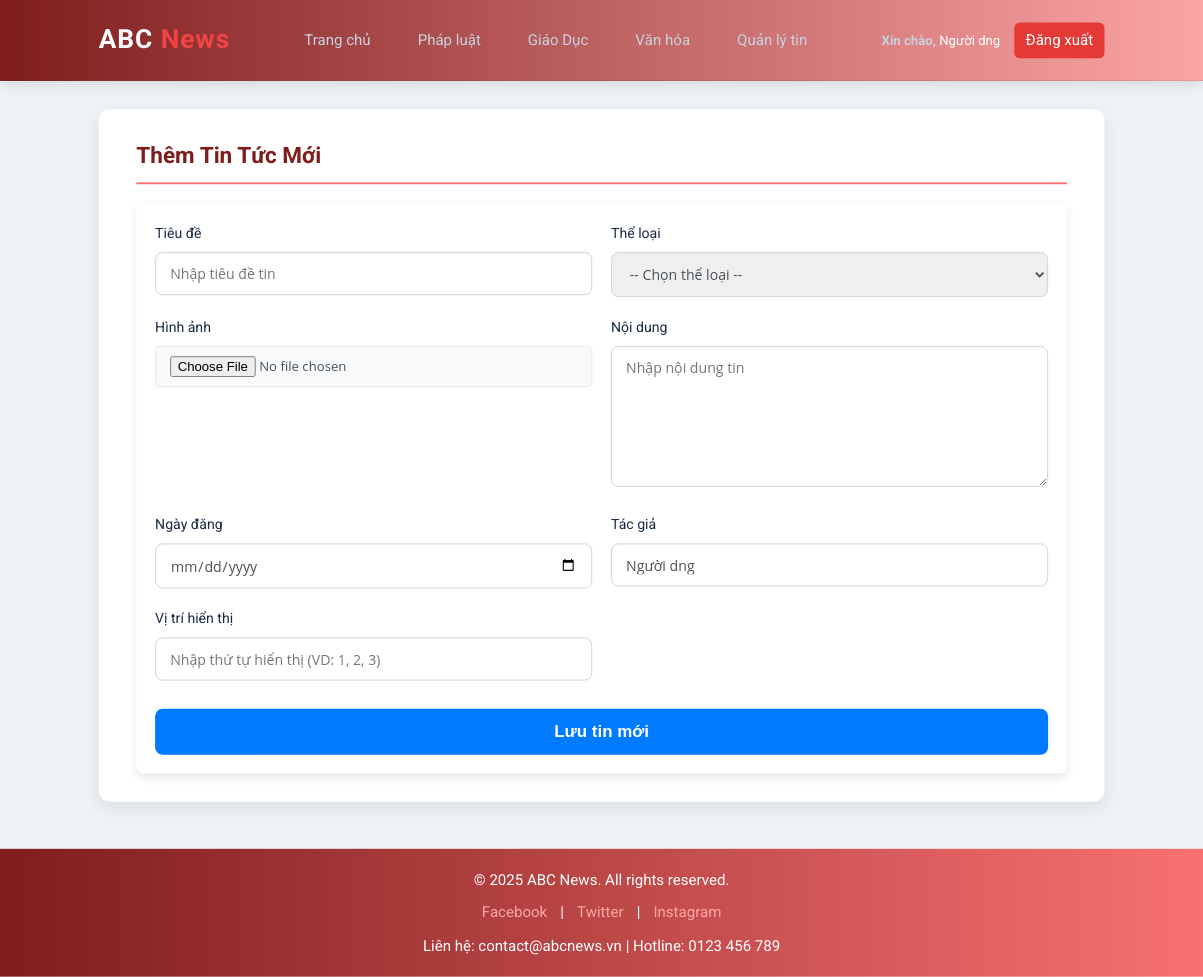
Repository: quylntpy00252-eng/Assignment
Page: http://localhost/Assignment/admin/edit_news.jsp
An editor plug-in stored every save of this project. The page is shown before and after the next save, followed by the edit.
The browser window is 1280 px wide. The pictures show the whole page, at 94% of full size.
The page is served by Tomcat 10. Nobody is signed in. The application's start-up code is not run. The template is opened directly, without the code that normally fills it, so the values that code supplies are empty.

Above is the page before, as saved 2025-10-24 01:54:00.

After the next save:
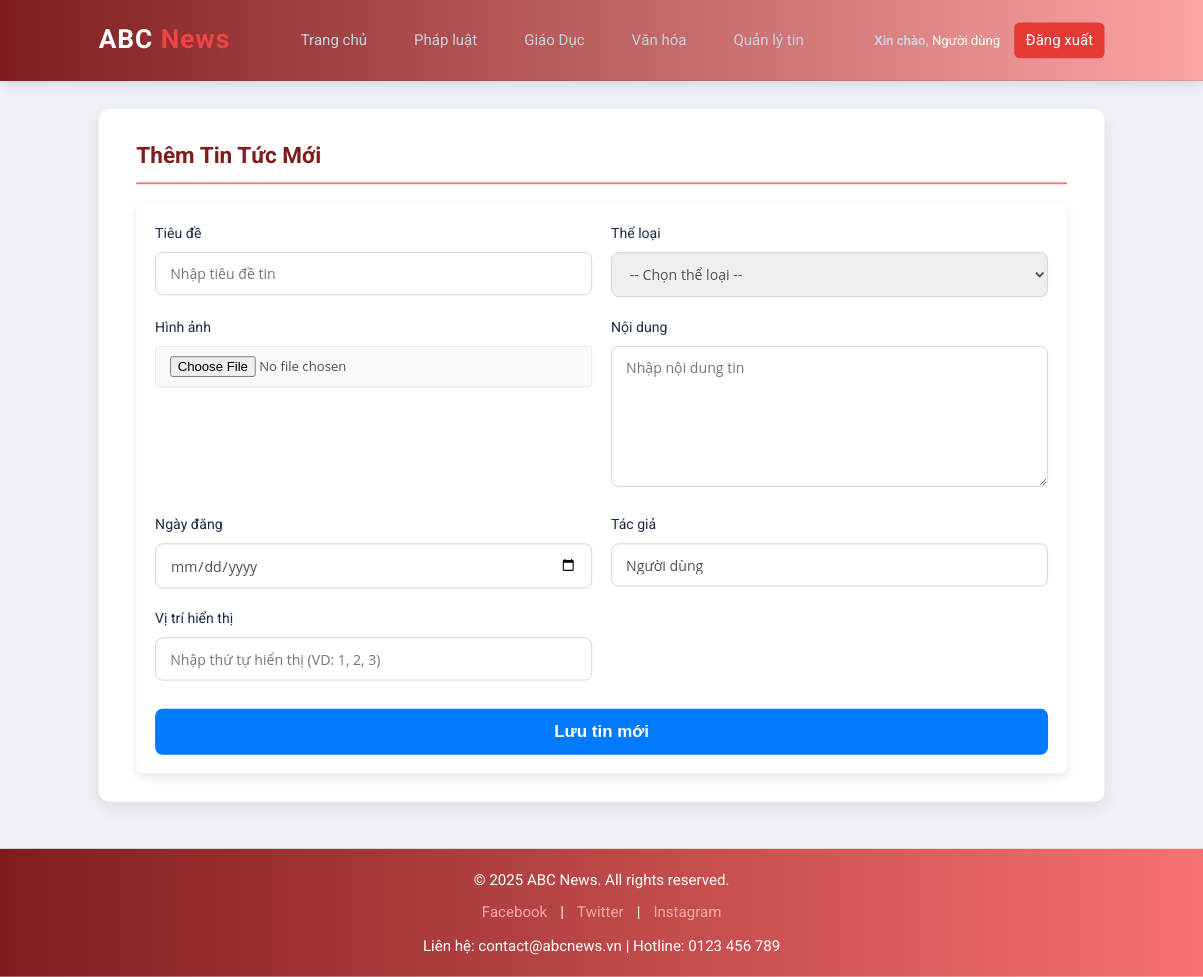
Saved 3 min 31 s later.
--- a/Assignment/src/main/webapp/admin/edit_news.jsp
+++ b/Assignment/src/main/webapp/admin/edit_news.jsp
@@ -6,7 +6,7 @@
 <%
     User user = (User) session.getAttribute("user");
     String fullname = (user != null && user.getFullname() != null)
-            ? user.getFullname() : "Người dng";
+            ? user.getFullname() : "Người dùng";
     boolean isAdmin = (user != null && user.isRole());
 %>
 
